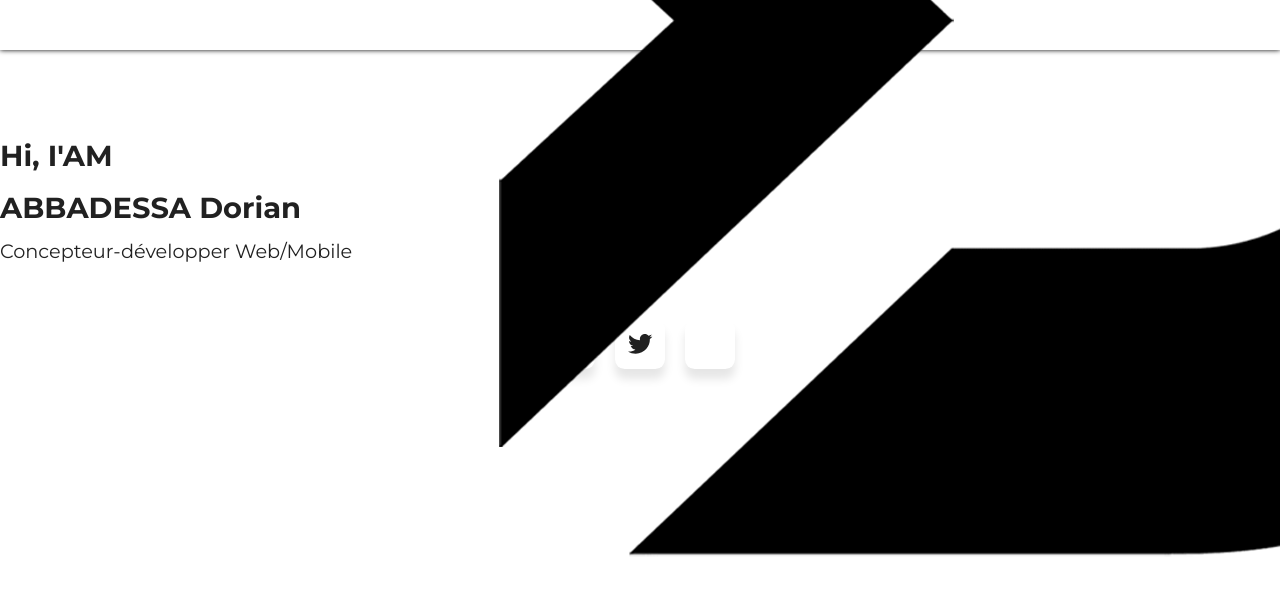
Repository: DorianABDS/Portfolio-ABBADESSA-Dorian
Page: index.html
These files come from the project's save history. The page is drawn as it stood at one moment and after the next save; the edit follows.
The browser window is 1280 px wide. The pictures show the window.
A layer covers the whole window, so only the first screen is drawn.

Above is the page before, as saved 2024-11-27 21:30:57.

### index.html
<!DOCTYPE html>
<html lang="fr">
<head>
    <meta charset="UTF-8">
    <meta name="viewport" content="width=device-width, initial-scale=1.0">
    <meta charset="UTF-8">
    <meta name="viewport" content="width=device-width, initial-scale=1.0">
    <meta name="keywords" content="Portfolio, ABBADESSA Dorian, Web developper">
    <title>ABBADESSA Dorian - Portfolio</title>
    <link rel="shortcute icon" href="/src/img/Logo Div.png">
    <link rel="stylesheet" href="style.css">
</head>
<body>
    <header class="header">
        <nav class="navbar">
            <a href="index.html" class="logo"><img src="/src/img/Logo plat Div noir.png" alt=""></a>
            <div class="nav-links">
                <ul>
                    <li><a href="index.html">Accueil</a></li>
                    <li><a href="articles.html">Articles</a></li>
                    <li><a href="apropos.html">À propos</a></li>
                    <li><a href="contact.html">Contact</a></li>
                </ul>
            </div>
            <img src="/src/img/bars-solid.svg" alt="menu hamburger" class="menu-hamburger">
        </nav>
        <!-- <div class="social">
            <a href="#" title="Facebook"><img src="/src/img/icone Github.png" alt=""></a>
            <a href="#" title="Twitter"><img src="src/img/icone Linkedin.png" alt=""></a>
        </div> -->
    </header>
    <main>
        <section class="accueil">
            <div class="container-accueil">
                <h2>Hi, I'AM</h2>
                <h1><span>ABBADESSA Dorian</span></h1>
                <p>Concepteur-développer Web/Mobile</p>
                <div class="social">
                    <ul class="wrapper">
                        <li class="icon facebook">
                          <span class="tooltip">Facebook</span>
                          <svg
                            viewBox="0 0 320 512"
                            height="1.2em"
                            fill="currentColor"
                            xmlns="http://www.w3.org/2000/svg"
                          >
                            <path
                              d="M279.14 288l14.22-92.66h-88.91v-60.13c0-25.35 12.42-50.06 52.24-50.06h40.42V6.26S260.43 0 225.36 0c-73.22 0-121.08 44.38-121.08 124.72v70.62H22.89V288h81.39v224h100.17V288z"
                            ></path>
                          </svg>
                        </li>
                        <li class="icon twitter">
                          <span class="tooltip">Twitter</span>
                          <svg
                            height="1.8em"
                            fill="currentColor"
                            viewBox="0 0 48 48"
                            xmlns="http://www.w3.org/2000/svg"
                            class="twitter"
                          >
                            <path
                              d="M42,12.429c-1.323,0.586-2.746,0.977-4.247,1.162c1.526-0.906,2.7-2.351,3.251-4.058c-1.428,0.837-3.01,1.452-4.693,1.776C34.967,9.884,33.05,9,30.926,9c-4.08,0-7.387,3.278-7.387,7.32c0,0.572,0.067,1.129,0.193,1.67c-6.138-0.308-11.582-3.226-15.224-7.654c-0.64,1.082-1,2.349-1,3.686c0,2.541,1.301,4.778,3.285,6.096c-1.211-0.037-2.351-0.374-3.349-0.914c0,0.022,0,0.055,0,0.086c0,3.551,2.547,6.508,5.923,7.181c-0.617,0.169-1.269,0.263-1.941,0.263c-0.477,0-0.942-0.054-1.392-0.135c0.94,2.902,3.667,5.023,6.898,5.086c-2.528,1.96-5.712,3.134-9.174,3.134c-0.598,0-1.183-0.034-1.761-0.104C9.268,36.786,13.152,38,17.321,38c13.585,0,21.017-11.156,21.017-20.834c0-0.317-0.01-0.633-0.025-0.945C39.763,15.197,41.013,13.905,42,12.429"
                            ></path>
                          </svg>
                        </li>
                        <li class="icon instagram">
                          <svg
                            xmlns="http://www.w3.org/2000/svg"
                            height="1.2em"
                            fill="currentColor"
                            class="bi bi-instagram"
                            viewBox="0 0 16 16"
                          >
                          </svg>
                        </li>
                      </ul>
                </div>
        </section>
        <section class="about-me">
            <div class="container-about-me">
                <h2>Présentation</h2>
                <h1><span>À propos de moi</span></h1>
            </div>
            <div class="card-about-me"></div>
            <div class="texte-about-me"><p>🌍 Étudiant en première année de <span>bachelor en développement web</span> à <span>LaPlateforme</span> à Martigues, étant très <span>créatif</span> et <span>optimiste</span>
              <br>
              🎯 Mon <span>objectif</span> est de rechercher une <span>alternance</span> dans le but de perfectionner mes <span>compétences techniques</span> en développement web et mobile, en vue de mettre en pratique ces compétences pour  concevoir des interfaces modernes, fonctionnelles et adaptées aux besoins des utilisateurs. J’ai pour <span>objectif</span> de devenir un <span>concepteur d’application web et mobile</span>.
              <br>
              🧠 J’aime partager mes <span>connaissances</span>, travailler sur tout type de <span>projets</span> ainsi que mener à bien les <span>missions</span> qui me sont <span>confiés</span>.
              <br>
              Bienvenue sur mon <span>portfolio</span>, je vous y invite et vous ouvres les portes de mon <span>univer</span>.
              </p></div>
        </section>
        <button class="button-cv">
            <svg
                width="24"
                height="24"
                viewBox="0 0 24 24"
                fill="none"
                xmlns="http://www.w3.org/2000/svg"
                >
                <path
                    d="M11 5C11 4.44772 11.4477 4 12 4C12.5523 4 13 4.44772 13 5V12.1578L16.2428 8.91501L17.657 10.3292L12.0001 15.9861L6.34326 10.3292L7.75748 8.91501L11 12.1575V5Z"
                    fill="currentColor"
                />
                <path
                    d="M4 14H6V18H18V14H20V18C20 19.1046 19.1046 20 18 20H6C4.89543 20 4 19.1046 4 18V14Z"
                    fill="currentColor"
                />
                </svg>
            Download CV
          </button>
    </div>
    </main>
</body>
<script>
    const menuHamburger = document.querySelector(".menu-hamburger")
    const navLinks = document.querySelector(".nav-links")

    menuHamburger.addEventListener('click',()=>{
    navLinks.classList.toggle('mobile-menu')
    })
</script>
</html>

### style.css
@font-face {
    font-family: "Montserrat";
    src: url(/src/font/Montserrat-VariableFont_wght.ttf);
}

* {
    margin: 0;
    padding: 0;
    text-decoration: none;
    list-style: none;
    box-sizing: border-box;

}

html, body {
    font-size: 19.3px;
    color: rgba(0, 0, 0, .87);
    background-color: #fff;
    font-family: "Montserrat", sans-serif;
    line-height: 1.8;
    font-weight: 400;
}

.navbar {
    background: rgb(255, 255, 255);
    box-shadow: 0 0 5px rgb(0, 0, 0);;
    top: 0;
    left: 0;
    height: 50px;
    width: auto;
    position: fixed;
    padding-left: 30px;
    padding-right: 61px;
    width: 100%;
    display: flex;
    justify-content: space-between;
    align-items: center;
    z-index: 100;
}

.navbar a {
    color: #292929;
    font-weight: 700;
    display: inline;
}

.navbar .nav-links ul li a::after {
    content: "";
    display: block;
    height: 2px;
    background: rgb(255, 255, 255);
    transform: scale(0);
    transition: transform 0.2s ease-in-out;
}

.navbar .nav-links ul li a:hover::after {
    transform: scale(1);
}

.navbar .logo {
    transform: none;
    font-weight: 700;
}

.navbar .nav-links ul {
    display: flex;
    align-items: center;
}

.navbar .nav-links ul li {
    display: flex;
    margin: 0 25px;
}

.navbar .nav-links ul li img {
    display: flex;
    padding: -20px;
    margin-left: -23px;
}

.navbar .menu-hamburger {
    display: none;
    position: absolute;
    top: 8px;
    right: 30px;
    width: 30px;
}

.accueil {
    padding-top: 80px;
    margin-top: 50px;
    width: 100%;
    height: 100vh;
}

.button-cv {
    border: none;
    display: flex;
    margin-right: 20px;
    padding: 0.75rem 1.5rem;
    background: linear-gradient(90deg, rgba(255,50,50,1) 0%, rgba(255,136,0,1) 100%);
    color: #ffffff;
    font-size: 0.75rem;
    line-height: 1rem;
    font-weight: 700;
    text-align: center;
    cursor: pointer;
    text-transform: uppercase;
    vertical-align: middle;
    align-items: center;
    border-radius: 0.5rem;
    user-select: none;
    gap: 0.75rem;
    box-shadow:
      0 4px 6px -1px #488aec31,
      0 2px 4px -1px #488aec17;
    transition: all 0.6s ease;
  }

  .button-cv:hover {
    box-shadow:
      0 10px 15px -3px #488aec4f,
      0 4px 6px -2px #488aec17;
  }

  .button-cv:focus,
  .button-cv:active {
    opacity: 0.85;
    box-shadow: none;
  }

  .button-cv svg {
    width: 1.25rem;
    height: 1.25rem;
  }

.about-me {
    display: flex;
    justify-content: center;
    text-align: center;
  }

  .wrapper {
    display: inline-flex;
    list-style: none;
    width: 100%;
    padding-top: 40px;
    font-family: "Montserrat", sans-serif;
    justify-content: center;
  }

  .wrapper .icon {
    position: relative;
    background: #fff;
    border-radius: 0.5rem;
    margin: 10px;
    width: 50px;
    height: 50px;
    font-size: 18px;
    display: flex;
    justify-content: center;
    align-items: center;
    flex-direction: column;
    box-shadow: 0 10px 10px rgba(0, 0, 0, 0.1);
    cursor: pointer;
    transition: all 0.2s cubic-bezier(0.68, -0.55, 0.265, 1.55);
  }

  .wrapper .tooltip {
    position: absolute;
    top: 0;
    font-size: 14px;
    background: #fff;
    color: #fff;
    padding: 5px 8px;
    border-radius: 5px;
    box-shadow: 0 10px 10px rgba(0, 0, 0, 0.1);
    opacity: 0;
  }

  .wrapper .facebook:hover,
  .wrapper .facebook:hover .tooltip,
  .wrapper .facebook:hover .tooltip::before {
    background: #1877f2;
    color: #fff;
  }

  .wrapper .twitter:hover,
  .wrapper .twitter:hover .tooltip,
  .wrapper .twitter:hover .tooltip::before {
    background: #1da1f2;
    color: #fff;
  }

  .wrapper .instagram:hover,
  .wrapper .instagram:hover .tooltip,
  .wrapper .instagram:hover .tooltip::before {
    background: #e4405f;
    color: #fff;
  }

@media  screen and (max-width: 814px) {
    html, body {
        padding: 0 20px;
    }

    .navbar .menu-hamburger {
        display: block;
    }

    .nav-links.mobile-menu {
        margin-left: 0;
    }

    .navbar {
        padding: 0;
    }

    .navbar .logo {
        padding-left: 20px;
    }

    .navbar .logo img {
        display: flex;
        align-items: center;
        width: 50px;
    }

    .nav-links {
        position: absolute;
        background-color: #ffffff90;
        backdrop-filter: blur(8px);
        top: 0;
        left: 0;
        width: 100%;
        height: 100vh;
        display: flex;
        justify-content: center;
        align-items: center;
        margin-left: 100%;
        transition: all 0.5s ease;
    }

    .nav-links ul {
        display: flex;
        flex-direction: column;
        align-items: center;
    }

    .navbar .nav-links ul li {
        margin: 15px 0;
        font-size: 1.2em;
    }

    .accueil {
        height: 100%;
    }

    .accueil h2 {
        font-size: 22px;
        font-weight: 600;
        color: #292929;
    }

    .accueil h1 {
        display: inline-block;
        line-height: 100%;
        font-size: 40px;
        letter-spacing: -2px;
        font-weight: 800;
        background: linear-gradient(90deg, rgba(255,50,50,1) 0%, rgba(255,136,0,1) 100%);
        -webkit-background-clip: text;
        -webkit-text-fill-color: transparent;
    }

    .accueil p {
        height: 80px;
        line-height: 150%;
        margin-bottom: 80px;
    }

    .social {
        display: flex;
        justify-content: center;
    }

    .social a {
        display: flex;
        justify-content: center;
        margin: 0 10px;
        width: 30px;
    }

    .container-about-me h1 {
        font-size: 12;
        background: linear-gradient(90deg, rgba(255,50,50,1) 0%, rgba(255,136,0,1) 100%);
        -webkit-background-clip: text;
        -webkit-text-fill-color: transparent;
    }

    .container-about-me h2 {
        line-height: 5px;
        font-size: 16px;
    }

    .about-me {
        height: 100%;
        display: flex;
        align-items: center;
        flex-direction: column;
        padding-top: 300px;
    }

    .card-about-me {
        box-sizing: border-box;
        width: 300px;
        height: 500px;
        background: rgba(217, 217, 217, 0.58);
        border: 1px solid white;
        box-shadow: 12px 17px 51px rgba(0, 0, 0, 0.22);
        backdrop-filter: blur(6px);
        border-radius: 0.5rem;
        text-align: center;
        cursor: pointer;
        transition: all 0.5s;
        display: flex;
        align-items: center;
        justify-content: center;
        user-select: none;
        font-weight: bolder;
        color: black;
    }

    .about-me p {
        font-size: 16px;
        margin-top: 30px;
        text-align: start;

    }

    .about-me p span {
        margin-top: 30px;
        background: linear-gradient(90deg, rgba(255,50,50,1) 0%, rgba(255,136,0,1) 100%);
        -webkit-background-clip: text;
        -webkit-text-fill-color: transparent;
    }

    .wrapper {
        padding-top: 0;
    }

    .button-cv {
        margin-top: 30px;
    }

    .card-about-me {
        margin: 30px 0;
    }
}

### src/img/bars-solid.svg
<svg xmlns="http://www.w3.org/2000/svg" viewBox="0 0 448 512" fill="#353535"><!--!Font Awesome Free 6.7.0 by @fontawesome - https://fontawesome.com License - https://fontawesome.com/license/free Copyright 2024 Fonticons, Inc.--><path d="M0 96C0 78.3 14.3 64 32 64l384 0c17.7 0 32 14.3 32 32s-14.3 32-32 32L32 128C14.3 128 0 113.7 0 96zM0 256c0-17.7 14.3-32 32-32l384 0c17.7 0 32 14.3 32 32s-14.3 32-32 32L32 288c-17.7 0-32-14.3-32-32zM448 416c0 17.7-14.3 32-32 32L32 448c-17.7 0-32-14.3-32-32s14.3-32 32-32l384 0c17.7 0 32 14.3 32 32z"/></svg>

After the next save:
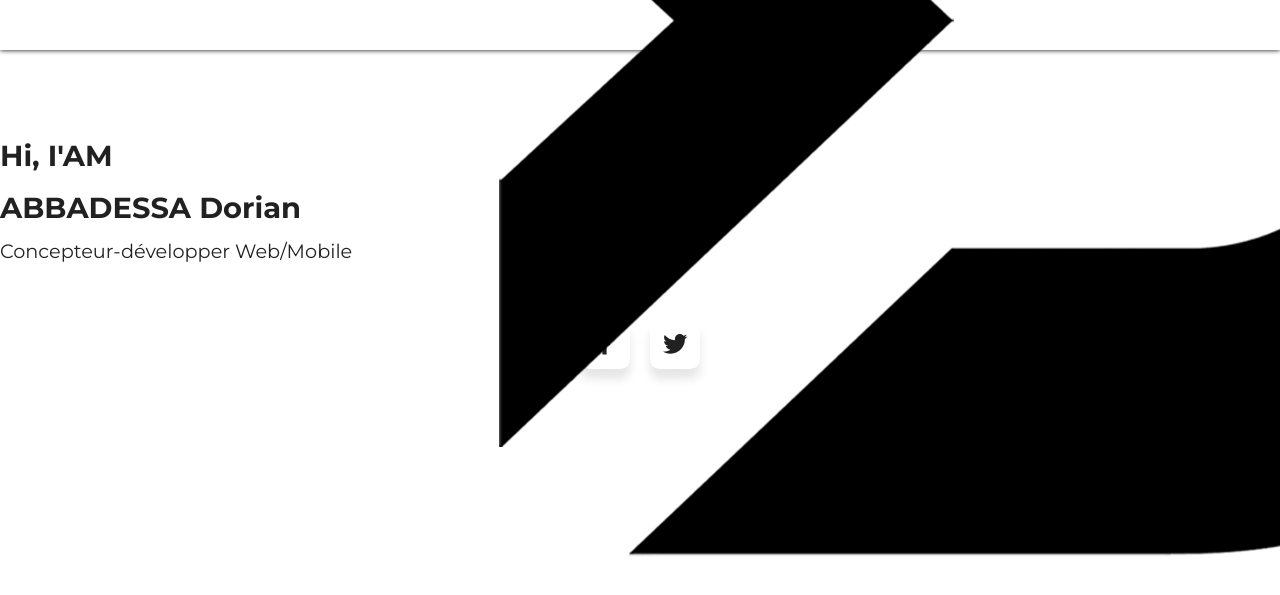
Saved 26 s later.
--- a/index.html
+++ b/index.html
@@ -64,16 +64,6 @@
                             ></path>
                           </svg>
                         </li>
-                        <li class="icon instagram">
-                          <svg
-                            xmlns="http://www.w3.org/2000/svg"
-                            height="1.2em"
-                            fill="currentColor"
-                            class="bi bi-instagram"
-                            viewBox="0 0 16 16"
-                          >
-                          </svg>
-                        </li>
                       </ul>
                 </div>
         </section>
